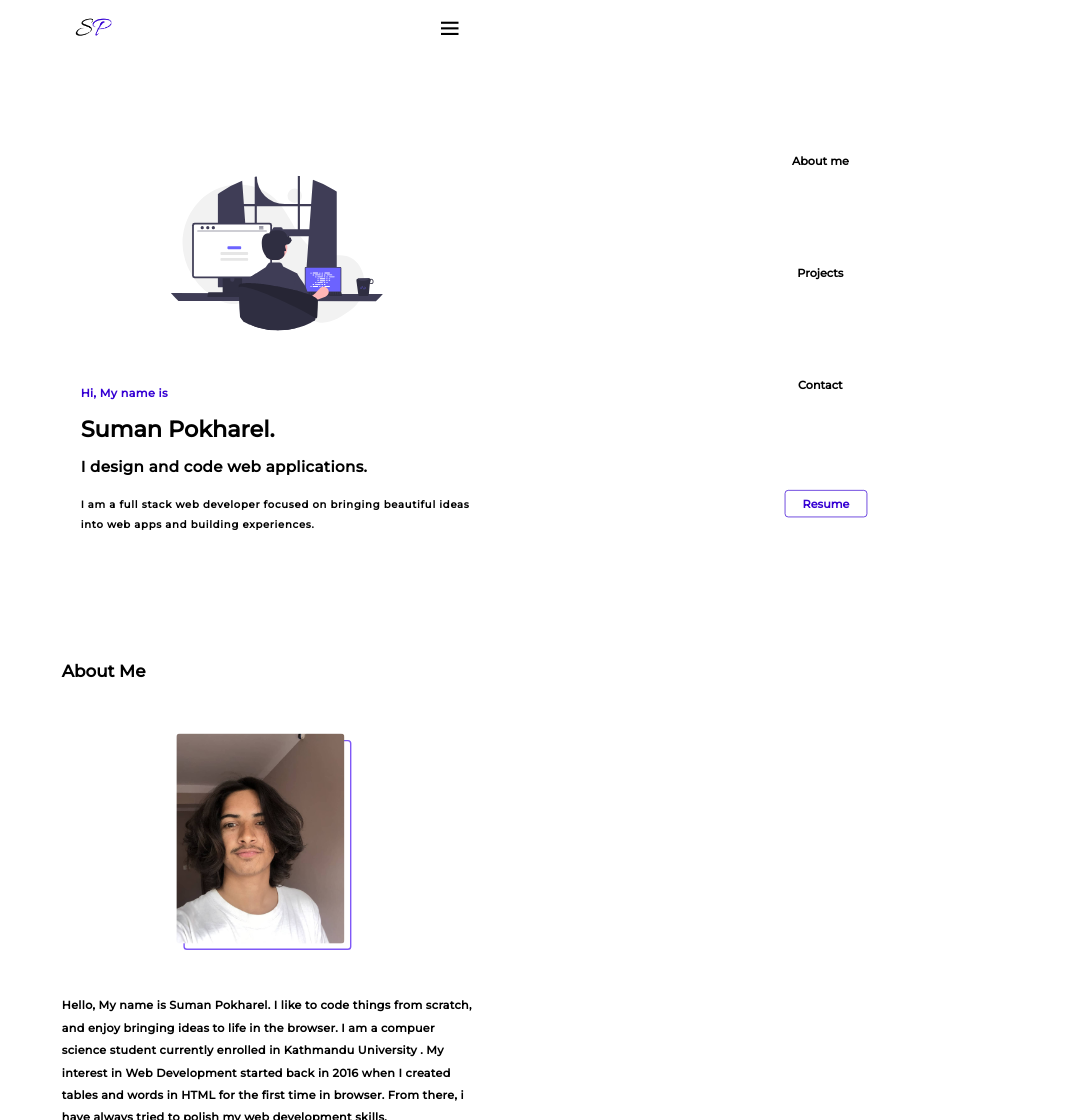
Repository: iamsumanp/portfolio
Page: /
These files come from the project's save history. The page is drawn as it stood at one moment and after the next save; the edit follows.
The browser window is 768 px wide. The page is 1536 px wide, so the pictures cover 1536 px, including what lies to the right of the window. The pictures show the part of the page from y = 0 to 1600 px (the page is 5953 px tall), at 70% of full size.
The project was rebuilt for these pictures with package versions that can differ from the ones it lists, and the page was loaded fresh each time.

Above is the page before, as saved 2022-07-11 15:38:57.

### public/index.html
<!DOCTYPE html>
<html lang="en">
  <head>
    <meta charset="utf-8" />
    <link rel="icon" href="%PUBLIC_URL%/favicon.ico" />
    <meta name="viewport" content="width=device-width, minimum-scale=1" />
    <meta name="theme-color" content="#000000" />
    <meta name="portfolio" content="mePortfolio" />
    <!-- <link rel="apple-touch-ion" href="%PUBLIC_URL%/logo192.png" /> -->

    <link rel="manifest" href="%PUBLIC_URL%/manifest.json" />
    <link rel="preconnect" href="https://fonts.googleapis.com" />
    <link rel="preconnect" href="https://fonts.gstatic.com" crossorigin />
    <link
      href="https://fonts.googleapis.com/css2?family=Montserrat:wght@500&display=swap"
      rel="stylesheet"
    />
    <title>Suman Pokharel</title>
  </head>
  <body>
    <div id="root"></div>
  </body>
</html>

### src/App.tsx
import "./App.css";
import { BrowserRouter as Router } from "react-router-dom";
import { NavBar } from "./Components/NavBar";
import "./styles/styles.css";
import { Hero } from "./Components/Hero";
import { AboutMe } from "./Components/AboutMe";
import { Projects } from "./Components/Projects";
import { Contact } from "./Components/Contact";
import { Footer } from "./Components/Footer";

function App() {
  return (
    <Router>
      <NavBar />
      <Hero />
      <AboutMe />
      <Projects />
      <Contact />
      <hr />
      <Footer />
    </Router>
  );
}

export default App;

### src/Components/NavBar.tsx
import { gsap } from "gsap";
import React, { useEffect, useRef, useState } from "react";
import { HashLink } from "react-router-hash-link";
const myLogo = require("../assets/logo.png");

export const NavBar = () => {
  const [active, setActive] = useState(false);

  const navRef = useRef<HTMLDivElement>(null);

  const q = gsap.utils.selector(navRef);

  const tl0: gsap.TimelineVars | undefined = useRef(null); // gsap.TimelineVars | undefined
  // const tl10: gsap.TimelineVars | undefined = useRef(null); // gsap.TimelineVars | undefined

  // const imgRef = useRef(null);

  const burgerClick = () => {
    setActive(!active);
  };

  useEffect(() => {
    // if (active === false) {
    //   tl10.current = gsap.timeline({ defaults: { duration: 1 } }).fromTo(
    //     q(".navUl"),
    //     {
    //       y: 5,
    //       opacity: 0,
    //     },
    //     {
    //       y: 0,
    //       opacity: 1,
    //       stagger: {
    //         each: 1,
    //       },
    //     }
    //   );
    // }

    tl0.current = gsap.timeline({ defaults: { duration: 1 } }).fromTo(
      q(".logoImg"),
      {
        opacity: 0,
      },
      {
        opacity: 1,
      }
    );
  });

  return (
    <nav className="navBar" ref={navRef}>
      <HashLink to="#heroSection" className="linkHash" smooth>
        <img
          src={myLogo}
          alt="SP"
          className="logoImg"
          onClick={active ? burgerClick : undefined}
          // ref={imgRef}
        />
      </HashLink>

      <ul className={active ? "navUl nav-active" : "navUl"}>
        <li className="navLinks" onClick={active ? burgerClick : undefined}>
          <HashLink to="#aboutMe" className="linkHash" smooth>
            About me
          </HashLink>
        </li>
        <li className="navLinks" onClick={active ? burgerClick : undefined}>
          <HashLink to="#projectSection" className="linkHash" smooth>
            Projects
          </HashLink>
        </li>
        <li className="navLinks" onClick={active ? burgerClick : undefined}>
          <HashLink to="#contact" className="linkHash" smooth>
            Contact
          </HashLink>
        </li>
        <li className="navLinks resume">Resume</li>
      </ul>
      <div className="burgerMenu" onClick={() => burgerClick()}>
        <div className={active ? "line1 toggle" : "line1"}></div>
        <div className={active ? "line2 toggle2" : "line2"}></div>
        <div className={active ? "line3 toggle3" : "line3"}></div>
      </div>
    </nav>
  );
};

### src/styles/styles.css
:root {
  --main-purple: #3500d3;
}

* {
  box-sizing: border-box;
  font-family: "Montserrat", sans-serif;
}

body {
  margin: 0;
  padding: 0;
}
@media (max-width: 900px) {
  body {
    overflow-x: hidden;
  }
}

.navBar {
  display: flex;
  flex-direction: row;
  justify-content: space-between;
  align-items: center;
  min-height: 5rem;
  font-weight: bolder;
  padding: 0.2% 14%;
}
@media (max-width: 1100px) {
  .navBar {
    margin-bottom: 5rem;
    overflow-x: hidden;
  }
}
.navBar .logoImg {
  height: 25px;
}
.navBar .navUl {
  list-style: none;
  display: flex;
  flex-direction: row;
}
@media (max-width: 900px) {
  .navBar .navUl {
    position: absolute;
    right: 0;
    top: 8vh;
    height: 100vh;
    background-color: rgb(255, 255, 255);
    flex-direction: column;
    width: 100%;
    z-index: 1;
    justify-content: space-evenly;
    transform: translateX(100%);
    transition: transform 0.4s ease-in;
  }
}
.navBar .nav-active {
  transform: translateX(0%);
}
.navBar .burgerMenu {
  display: none;
}
@media (max-width: 900px) {
  .navBar .burgerMenu {
    display: block;
    cursor: pointer;
  }
}
.navBar .burgerMenu .toggle {
  transform: rotate(-45deg) translate(-5px, 6px);
}
.navBar .burgerMenu .toggle2 {
  opacity: 0;
}
.navBar .burgerMenu .toggle3 {
  transform: rotate(45deg) translate(-5px, -6px);
}
.navBar .burgerMenu div {
  width: 25px;
  height: 3px;
  background-color: black;
  transition: transform 0.4s ease;
  margin: 5px;
}
.navBar .navLinks {
  padding: 0 30px;
  cursor: pointer;
  align-self: center;
  text-decoration: none;
}
.navBar .navLinks.resume {
  border: solid 1px var(--main-purple);
  color: var(--main-purple);
  padding: 9px 25px;
  border-radius: 5px;
  margin-left: 1rem;
}
.navBar .navLinks .linkHash {
  text-decoration: none;
  color: black;
}

.heroSection {
  overflow-x: hidden;
  height: 90vh;
  width: 80%;
  display: flex;
  flex-direction: row;
  align-items: center;
  margin: auto;
  padding: 0 2% 0 5%;
}
@media (max-width: 1100px) {
  .heroSection {
    flex-direction: column-reverse;
    justify-content: center;
    align-items: center;
  }
}
.heroSection .content {
  display: flex;
  flex-direction: column;
}
@media (max-width: 1100px) {
  .heroSection .content {
    margin-top: 5rem;
  }
}
.heroSection .content .h4text {
  color: var(--main-purple);
}
.heroSection .content .h1text {
  margin-top: 0;
  font-size: 2.5rem;
}
@media (max-width: 800px) {
  .heroSection .content .h1text {
    font-size: 2rem;
  }
}
.heroSection .content .h4text,
.heroSection .content .h2text {
  letter-spacing: 0.5px;
  margin-top: 0;
}
.heroSection .content .h2text {
  font-size: 1.8rem;
}
@media (max-width: 800px) {
  .heroSection .content .h2text {
    font-size: 1.35rem;
  }
}
.heroSection .content .h5text {
  width: 55%;
  line-height: 2;
  letter-spacing: 1px;
  margin-top: 10px;
  font-size: 0.9rem;
}
@media (max-width: 800px) {
  .heroSection .content .h5text {
    width: 100%;
  }
}
.heroSection .svgImgg {
  margin-left: auto;
  width: 22rem;
}
@media (max-width: 1100px) {
  .heroSection .svgImgg {
    margin-left: 0;
  }
}
@media (max-width: 800px) {
  .heroSection .svgImgg {
    width: 19rem;
  }
}

.aboutMeSection {
  width: 80%;
  margin: auto;
  display: flex;
  flex-direction: column;
  justify-content: center;
  padding: 7% 2% 10% 5%;
}
@media (max-width: 1100px) {
  .aboutMeSection {
    padding: 7rem 2% 10% 1.5%;
  }
}
.aboutMeSection .contentAndImage {
  display: flex;
  flex-direction: row;
}
@media (max-width: 1100px) {
  .aboutMeSection .contentAndImage {
    flex-direction: column-reverse;
    margin-top: 2rem;
  }
}
.aboutMeSection .h2textabout {
  margin-top: -3rem;
}
.aboutMeSection .aboutMeContent {
  display: flex;
  flex-direction: column;
  width: 60%;
}
@media (max-width: 1100px) {
  .aboutMeSection .aboutMeContent {
    width: 100%;
  }
}
.aboutMeSection .imgContainer {
  margin-left: auto;
  margin-top: 2rem;
  position: relative;
  height: 350px;
  width: 280px;
  border: solid 2px #7f58f7;
  border-radius: 5px;
}
@media (max-width: 1100px) {
  .aboutMeSection .imgContainer {
    margin-left: 0;
    align-self: center;
    margin-bottom: 2rem;
  }
}
@media (max-width: 800px) {
  .aboutMeSection .imgContainer {
    height: 300px;
    width: 240px;
  }
}
.aboutMeSection .imgContainer .imgProfile {
  height: 350px;
  position: absolute;
  right: 8px;
  top: -11px;
  border-radius: 5px;
}
@media (max-width: 800px) {
  .aboutMeSection .imgContainer .imgProfile {
    height: 300px;
  }
}
.aboutMeSection .spanText {
  font-weight: bold;
  margin-top: 2rem;
  line-height: 2;
  letter-spacing: 0.4px;
}
.aboutMeSection .spanText.tech {
  margin-top: 5rem;
}
.aboutMeSection .backEndFrontEndContainer {
  display: flex;
  flex-direction: row;
  margin-top: 4rem;
  justify-content: space-between;
}
@media (max-width: 1100px) {
  .aboutMeSection .backEndFrontEndContainer {
    flex-direction: column;
  }
}
.aboutMeSection .backEndFrontEndContainer .frontEndBox {
  box-shadow: 0 4px 8px 0 rgba(0, 0, 0, 0.2), 0 6px 20px 0 rgba(0, 0, 0, 0.19);
  padding: 2rem 2.5rem;
  display: flex;
  flex-direction: column;
  border-radius: 5px;
}
@media (max-width: 1100px) {
  .aboutMeSection .backEndFrontEndContainer .frontEndBox {
    padding: 1rem;
    margin-bottom: 3rem;
  }
}
.aboutMeSection .backEndFrontEndContainer .frontEndBox .spanTitle {
  align-self: center;
  text-transform: uppercase;
  font-weight: bold;
}

.frontEndTools,
.backEndBox {
  display: flex;
  flex-direction: row;
  margin-top: 1rem;
}
.frontEndTools .fnTools2,
.backEndBox .fnTools2 {
  margin-left: 3rem;
}
@media (max-width: 900px) {
  .frontEndTools .fnTools2,
.backEndBox .fnTools2 {
    margin-left: 0.1rem;
  }
}
.frontEndTools .fnTool,
.backEndBox .fnTool {
  display: flex;
  align-items: center;
  margin: 1.5rem 0.5rem;
}
.frontEndTools .fnTool .triangleRight,
.backEndBox .fnTool .triangleRight {
  color: var(--main-purple);
}

.techName {
  margin-left: 0.8rem;
  text-transform: uppercase;
  font-size: 15px;
}
@media (max-width: 900px) {
  .techName {
    font-size: 11px;
    margin-left: 0.2rem;
  }
}

.projectsSection {
  width: 80%;
  margin: auto;
  padding: 5% 2% 0 5%;
  display: flex;
  flex-direction: column;
}
@media (max-width: 1100px) {
  .projectsSection {
    padding: 7rem 2% 10% 1.5%;
  }
}
.projectsSection .Project1Container,
.projectsSection .Project3Container {
  display: flex;
  flex-direction: column;
}
.projectsSection .nameLabelLine {
  margin: 2rem 0;
  display: flex;
  flex-direction: row;
  align-items: center;
}
.projectsSection .nameLabelLine .vl {
  border-bottom: 1px solid gray;
  margin-top: 5px;
  height: inherit;
  width: 35%;
}
@media (max-width: 1100px) {
  .projectsSection .nameLabelLine .vl {
    width: 50%;
  }
}
.projectsSection .h2textabout {
  margin-top: -3rem;
}
.projectsSection .projectContentAndImage {
  display: flex;
  flex-direction: row;
  justify-content: space-between;
}
@media (max-width: 1100px) {
  .projectsSection .projectContentAndImage {
    flex-direction: column-reverse;
  }
}
.projectsSection .projectContentAndImage .hirestationImg {
  height: 15rem;
  border-radius: 5px;
  margin-left: auto;
}
@media (max-width: 1100px) {
  .projectsSection .projectContentAndImage .hirestationImg {
    margin-left: 0;
    align-self: center;
    margin: 2rem 0 4rem 0;
  }
}
@media (max-width: 800px) {
  .projectsSection .projectContentAndImage .hirestationImg {
    height: 10rem;
  }
}
.projectsSection .linksContainer {
  display: flex;
  align-items: center;
  margin: 2rem 0;
}

.projContent {
  width: 50%;
  line-height: 1.5;
  letter-spacing: 0.5px;
}
@media (max-width: 1100px) {
  .projContent {
    width: 100%;
  }
}

.projectLabel {
  font-weight: bold;
  margin-right: 1rem;
}

.Project2Container {
  display: flex;
  flex-direction: column;
  margin-top: 5rem;
  margin-bottom: 7.5rem;
}
.Project2Container .nameLabelLine2 {
  margin: 2rem 0;
  display: flex;
  flex-direction: row;
  justify-content: end;
}
.Project2Container .nameLabelLine2 .vl {
  border-bottom: 1px solid gray;
  margin-bottom: 5px;
  width: 35%;
  margin-right: 1rem;
}
@media (max-width: 1100px) {
  .Project2Container .nameLabelLine2 .vl {
    width: 50%;
  }
}
@media (max-width: 800px) {
  .Project2Container .nameLabelLine2 .vl {
    width: 40%;
  }
}

.projectContentAndImage1 {
  display: flex;
  flex-direction: row;
  justify-content: space-between;
}
@media (max-width: 1100px) {
  .projectContentAndImage1 {
    flex-direction: column;
  }
}
.projectContentAndImage1 .baathcheethImg {
  height: 15rem;
  border-radius: 5px;
  margin-right: auto;
  padding-right: 2rem;
}
@media (max-width: 1100px) {
  .projectContentAndImage1 .baathcheethImg {
    margin-right: 0;
    align-self: center;
    margin: 2rem 0 4rem 0;
  }
}
@media (max-width: 800px) {
  .projectContentAndImage1 .baathcheethImg {
    height: 10rem;
  }
}

.ContactSection {
  width: 80%;
  margin: auto;
  padding: 5% 2% 10% 5%;
  display: flex;
  flex-direction: column;
}
@media (max-width: 1100px) {
  .ContactSection {
    padding: 5rem 2% 10% 1.5%;
  }
}
.ContactSection .formContainer {
  margin-top: 2rem;
}
.ContactSection .nameAndEmailSection {
  display: flex;
  flex-direction: row;
  justify-content: space-between;
}
@media (max-width: 900px) {
  .ContactSection .nameAndEmailSection {
    flex-direction: column;
    width: 100%;
  }
}
.ContactSection .nameAndEmailSection .nameContainer {
  display: flex;
  flex-direction: column;
  width: 90%;
}
@media (max-width: 900px) {
  .ContactSection .nameAndEmailSection .nameContainer {
    width: 100%;
  }
}
.ContactSection .nameAndEmailSection .emailContainer {
  display: flex;
  flex-direction: column;
  width: 90%;
  margin-left: 5rem;
}
@media (max-width: 900px) {
  .ContactSection .nameAndEmailSection .emailContainer {
    margin-left: 0;
    margin-top: 3rem;
    width: 100%;
  }
}
.ContactSection .nameAndEmailSection .inputForm {
  box-shadow: 0 4px 8px 0 rgba(0, 0, 0, 0.2), 0 6px 20px 0 rgba(0, 0, 0, 0.19);
  padding: 0.6rem 0.4rem;
  width: 100%;
  border-width: 1px;
  outline: none;
}
.ContactSection .label {
  margin-bottom: 2rem;
  font-weight: bold;
}
.ContactSection .MessageContainer {
  display: flex;
  flex-direction: column;
  margin-top: 4rem;
}
.ContactSection .MessageContainer #messageArea {
  width: 46.5%;
  box-shadow: 0 4px 8px 0 rgba(0, 0, 0, 0.2), 0 6px 20px 0 rgba(0, 0, 0, 0.19);
  height: 7rem;
  resize: none;
  outline: none;
  padding: 0.5rem 0.4rem;
}
@media (max-width: 900px) {
  .ContactSection .MessageContainer #messageArea {
    width: 100%;
  }
}
.ContactSection .submitBtn {
  background-color: #7a4eff;
  border: none;
  color: aliceblue;
  padding: 0.8rem;
  margin-top: 4rem;
  width: 10rem;
  border-radius: 3px;
  cursor: pointer;
}
@media (max-width: 900px) {
  .ContactSection .submitBtn {
    width: 100%;
  }
}

.footerSection {
  width: 80%;
  margin: auto;
  padding: 3% 2% 4% 1.5%;
}
.footerSection .footerContainer {
  display: flex;
  flex-direction: column;
}
@media (max-width: 900px) {
  .footerSection .footerContainer {
    align-items: center;
  }
}
.footerSection .socialMediaAndQuote {
  display: flex;
  justify-content: space-between;
  align-items: center;
  margin-bottom: 1rem;
}
@media (max-width: 900px) {
  .footerSection .socialMediaAndQuote {
    flex-direction: column;
  }
}
.footerSection .socialMediaAndQuote .icons {
  margin-left: 1rem;
}
@media (max-width: 900px) {
  .footerSection .socialMediaAndQuote .socialMedia {
    margin: 2rem 0;
  }
}

@media (max-width: 800px) {
  .spSpan {
    text-align: center;
  }
}/*# sourceMappingURL=styles_20220711153857.css.map */

### src/Components/Hero.tsx
import gsap from "gsap";
import { useEffect, useRef } from "react";
import SvgImg from "./IconComponent/SvgImg";

export const Hero = () => {
  const heroRef = useRef<HTMLDivElement>(null);
  const tl1: gsap.TimelineVars | undefined = useRef();
  const q = gsap.utils.selector(heroRef);
  useEffect(() => {
    tl1.current = gsap
      .timeline({
        defaults: {
          duration: 1,
        },
      })
      .fromTo(
        q(".content"),
        {
          y: 20,
          opacity: 0,
          // stagger: 0.4,
        },
        {
          y: 0,
          opacity: 1,
        }
      )
      .fromTo(
        q(".svgImgg"),
        { x: 20, opacity: 0 },
        { x: 0, opacity: 1 },
        "-=1"
      );
  });
  return (
    <div className="heroSection" id="heroSection" ref={heroRef}>
      <div className="content">
        <h4 className="h4text">Hi, My name is</h4>
        <h1 className="h1text">Suman Pokharel.</h1>
        <h2 className="h2text">I design and code web applications.</h2>
        <h5 className="h5text">
          I am a full stack web developer focused on bringing beautiful ideas
          into web apps and building experiences.
        </h5>
      </div>
      {/* <div className="svgImgg"> */}
      <SvgImg height={221} className="svgImgg" />
      {/* </div> */}
    </div>
  );
};

### src/Components/Contact.tsx
import gsap from "gsap";
import { ScrollTrigger } from "gsap/ScrollTrigger";
import { useEffect, useRef, useState } from "react";
gsap.registerPlugin(ScrollTrigger);

export const Contact = () => {
  const contactRef = useRef<HTMLDivElement>(null);
  const tline: gsap.TimelineVars | undefined = useRef();

  const q = gsap.utils.selector(contactRef);
  const [name, setName] = useState("");
  const [email, setEmail] = useState("");
  const [message, setMessage] = useState("");

  const submitHandler: React.FormEventHandler<HTMLFormElement> = (
    e: React.FormEvent<HTMLFormElement>
  ) => {
    e.preventDefault();

    setName("");
    setEmail("");
    setMessage("");
  };

  useEffect(() => {
    tline.current = gsap
      .timeline({
        defaults: { duration: 1 },
        scrollTrigger: {
          trigger: ".ContactSection",
          start: "-40 center",
          // toggleActions: "play none none reverse",
        },
      })
      .fromTo(
        q(".h2textabout"),
        { y: 10, opacity: 0 },
        {
          y: 0,
          opacity: 1,
          // duration: 2,
        }
      )
      .fromTo(
        q(".formContainer"),
        { y: 20, opacity: 0 },
        {
          y: 0,
          opacity: 1,
          // duration: 2,
        },
        "-=1"
      );
  });
  return (
    <div className="ContactSection" id="contact" ref={contactRef}>
      <h2 className="h2textabout">Interested In working together?</h2>
      <form className="formContainer" onSubmit={submitHandler}>
        <div className="nameAndEmailSection">
          <div className="nameContainer">
            <label htmlFor="Name" className="label">
              Name :
            </label>
            <input
              type="text"
              value={name}
              className="inputForm"
              onChange={(e) => setName(e.target.value)}
            />
          </div>
          <div className="emailContainer">
            <label htmlFor="Email" className="label">
              Email :
            </label>
            <input
              type="email"
              value={email}
              className="inputForm"
              onChange={(e) => setEmail(e.target.value)}
            />
          </div>
        </div>
        <div className="MessageContainer">
          <label htmlFor="Message" className="label">
            Message(optional) :
          </label>
          <textarea
            name="message"
            id="messageArea"
            // cols=30
            // rows=10
            value={message}
            onChange={(e) => setMessage(e.target.value)}
          ></textarea>
        </div>
        <button className="submitBtn" type="submit">
          SUBMIT
        </button>
      </form>
    </div>
  );
};

### src/Components/Footer.tsx
import React from "react";
import { AiFillGithub, AiFillTwitterCircle } from "react-icons/ai";
import { BsLinkedin, BsFacebook } from "react-icons/bs";

export const Footer = () => {
  return (
    <div className="footerSection">
      <div className="footerContainer">
        <div className="socialMediaAndQuote">
          <span>Designed And Built By Suman Pokhrel</span>
          <div className="socialMedia">
            <a
              href="https://www.linkedin.com/in/suman-pokharel-2a4b61206/"
              target="_blank"
              rel="noreferrer"
            >
              <BsLinkedin size={30} className="icons" fill="#2867B2" />
            </a>

            <a
              href="https://www.facebook.com/summan.pokharel/"
              target="_blank"
              rel="noreferrer"
            >
              <BsFacebook size={30} className="icons" fill="	#4267B2" />
            </a>
            <a
              href="https://github.com/iamsumanp"
              target="_blank"
              rel="noreferrer"
              style={{ color: "black" }}
            >
              <AiFillGithub size={34} className="icons" />
            </a>
            <a
              href="https://twitter.com/Itsmesuman2"
              target="_blank"
              rel="noreferrer"
            >
              <AiFillTwitterCircle size={35} className="icons" fill="#00acee" />
            </a>
          </div>
        </div>
        <span className="spSpan">&copy; 2022 - Suman</span>
      </div>
    </div>
  );
};

Loaded but not shown: src/index.tsx (common file); src/Components/IconComponent/SvgImg.tsx (791 lines, source omitted); src/Components/Projects.tsx (280 lines, source omitted); src/Components/AboutMe.tsx (185 lines, source omitted); src/App.css (no stored copy; drawn as an empty file)

After the next save:
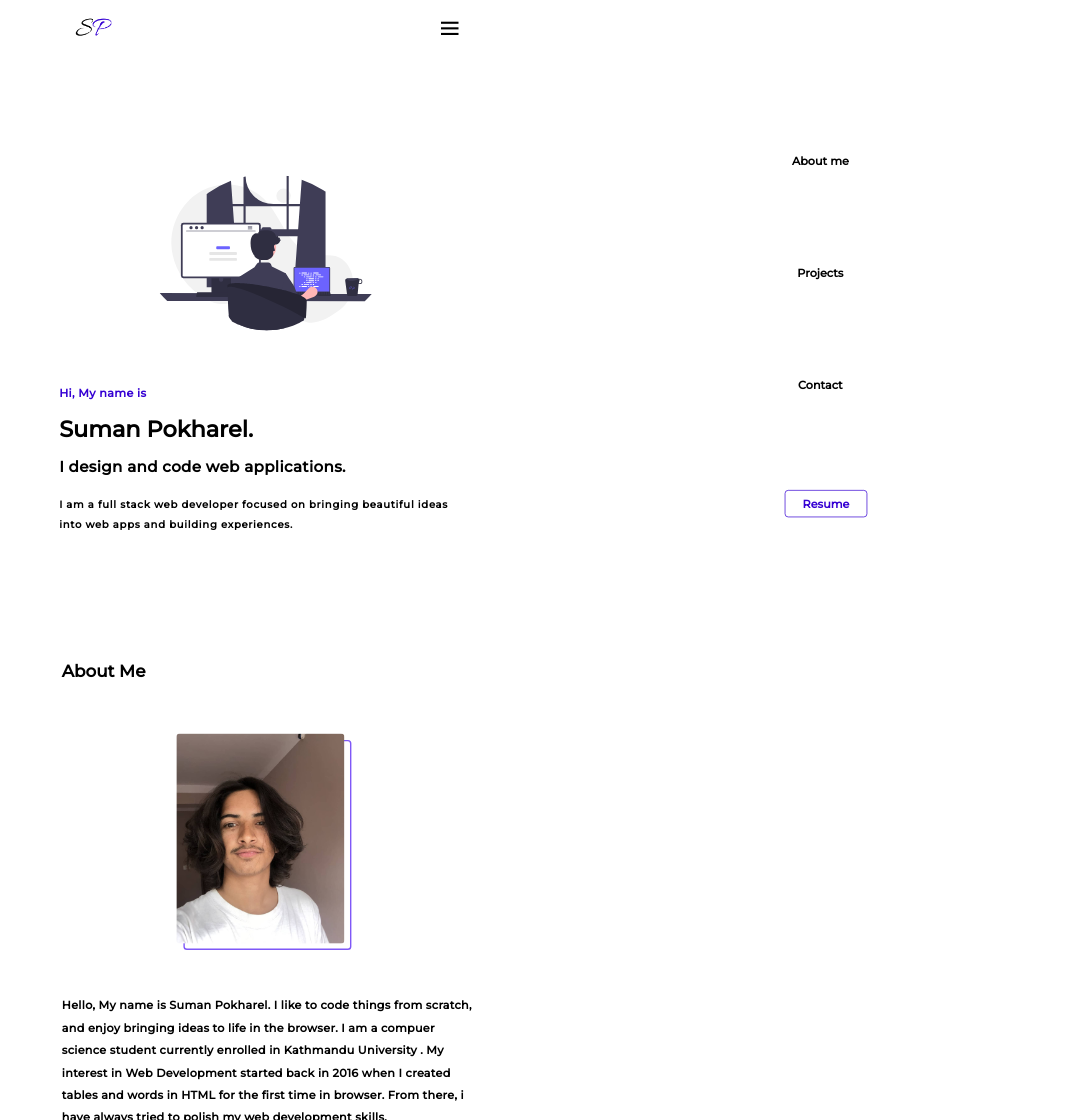
Saved 2 s later.
--- a/src/styles/styles.css
+++ b/src/styles/styles.css
@@ -116,6 +116,7 @@ body {
     flex-direction: column-reverse;
     justify-content: center;
     align-items: center;
+    padding: 0 2% 0 1%;
   }
 }
 .heroSection .content {
@@ -603,4 +604,4 @@ body {
   .spSpan {
     text-align: center;
   }
-}/*# sourceMappingURL=styles_20220711153857.css.map */
+}/*# sourceMappingURL=styles_20220711153859.css.map */
